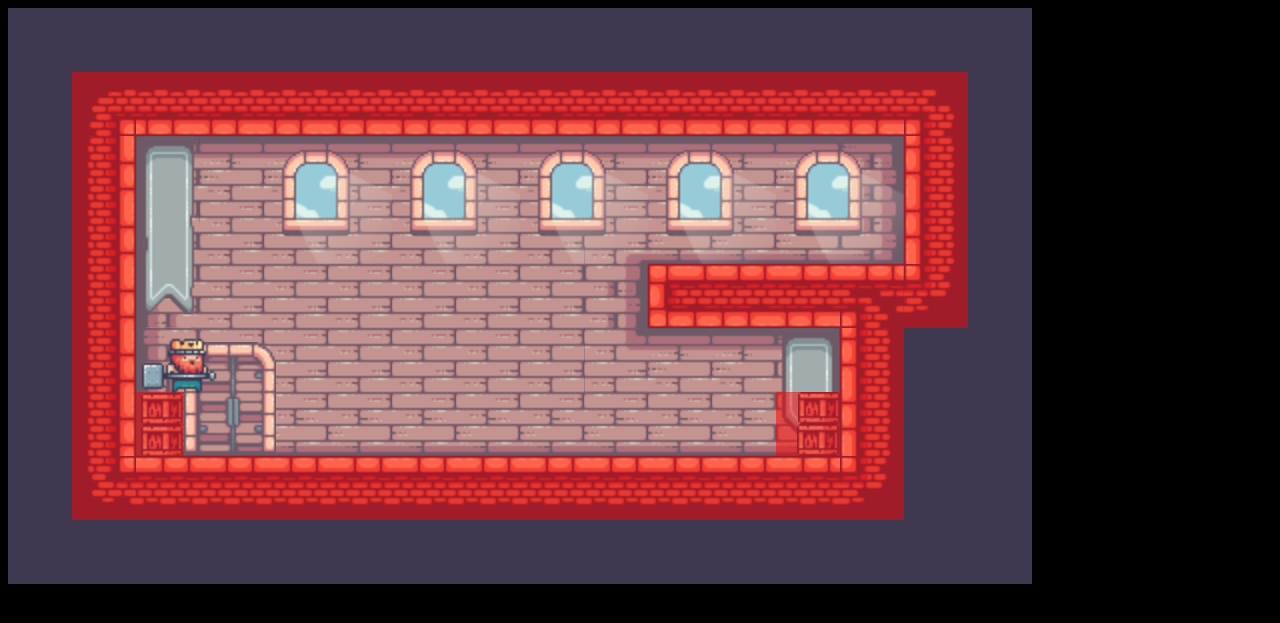
Repository: kassemKu/vanilla_kings_and_pigs
Page: index.html
These files come from the project's save history. The page is drawn as it stood at one moment and after the next save; the edit follows.
The browser window is 1280 px wide. The pictures show the whole page.

Above is the page before, as saved 2022-11-12 22:23:47.

### index.html
<!DOCTYPE html>
<html lang="en">

<head>
  <meta charset="UTF-8" />
  <meta http-equiv="X-UA-Compatible" content="IE=edge" />
  <meta name="viewport" content="width=device-width, initial-scale=1.0" />
  <title>Platform</title>
</head>
<style>
  body {
    background-color: black;
    overflow: hidden;
  }
</style>

<body>
  <canvas></canvas>

  <script src="https://cdnjs.cloudflare.com/ajax/libs/gsap/3.11.3/gsap.min.js"
    integrity="sha512-gmwBmiTVER57N3jYS3LinA9eb8aHrJua5iQD7yqYCKa5x6Jjc7VDVaEA0je0Lu0bP9j7tEjV3+1qUm6loO99Kw=="
    crossorigin="anonymous" referrerpolicy="no-referrer"></script>
  <script src="./js/utils.js"></script>
  <script src="./js/data/collisions.js"></script>
  <script src="./js/classes/CollisionBlock.js"></script>
  <script src="./js/classes/Sprite.js"></script>
  <script src="./js/classes/Player.js"></script>
  <script src="./js/eventListener.js"></script>
  <script src="./main.js"></script>
</body>

</html>

### js/utils.js
Array.prototype.parse2D = function () {
  const rows = [];
  for (let i = 0; i < this.length; i += 16) {
    rows.push(this.slice(i, i + 16));
  }

  return rows;
};

Array.prototype.createObjectFrom2D = function () {
  const objects = [];
  this.forEach((row, y) => {
    row.forEach((symbol, x) => {
      if (symbol === 292 || symbol === 250) {
        // push a new collision into collisionBlocks array
        objects.push(
          new CollisionBlock({
            position: {
              x: x * 64,
              y: y * 64,
            },
          })
        );
      }
    });
  });

  return objects;
};

### js/data/collisions.js
const collisionsLevel1 = [
  0, 0, 0, 0, 0, 0, 0, 0, 0, 0, 0, 0, 0, 0, 0, 0, 0, 0, 0, 0, 0, 0, 0, 0, 0, 0,
  0, 0, 0, 0, 0, 0, 0, 292, 292, 292, 292, 292, 292, 292, 292, 292, 292, 292,
  292, 292, 292, 0, 0, 292, 0, 0, 0, 0, 0, 0, 0, 0, 0, 0, 0, 0, 292, 0, 0, 292,
  0, 0, 0, 0, 0, 0, 0, 0, 0, 0, 0, 0, 292, 0, 0, 292, 292, 0, 0, 0, 0, 0, 0, 0,
  0, 0, 0, 0, 292, 0, 0, 292, 292, 292, 292, 292, 292, 292, 292, 292, 292, 292,
  292, 292, 292, 0, 0, 0, 0, 0, 0, 0, 0, 0, 0, 0, 0, 0, 0, 0, 0, 0, 0, 0, 0, 0,
  0, 0, 0, 0, 0, 0, 0, 0, 0, 0, 0, 0,
];

const collisionsLevel2 = [
  292, 292, 292, 292, 292, 292, 292, 0, 0, 0, 0, 0, 0, 0, 0, 0, 292, 0, 0, 0, 0,
  0, 292, 0, 0, 0, 0, 0, 0, 0, 0, 0, 292, 0, 0, 0, 0, 0, 292, 0, 0, 0, 0, 0, 0,
  0, 0, 0, 292, 292, 292, 292, 0, 0, 292, 0, 0, 0, 0, 0, 0, 0, 0, 0, 0, 0, 0,
  292, 0, 0, 292, 0, 0, 292, 292, 292, 292, 292, 292, 0, 0, 292, 292, 292, 0, 0,
  292, 292, 292, 292, 0, 0, 0, 0, 292, 0, 0, 292, 0, 0, 0, 0, 0, 0, 0, 0, 0, 0,
  0, 0, 292, 0, 0, 292, 0, 0, 0, 0, 0, 0, 0, 0, 292, 292, 292, 292, 292, 0, 0,
  292, 292, 292, 292, 292, 292, 292, 292, 292, 292, 292, 0, 0, 0, 0,
]

const collisionsLevel3 = [
  0, 0, 0, 0, 0, 0, 0, 0, 0, 0, 0, 0, 0, 0, 0, 0, 0, 250, 250, 250, 250, 250,
  250, 250, 250, 250, 250, 250, 250, 250, 250, 0, 0, 250, 0, 0, 0, 0, 0, 0, 0,
  0, 0, 0, 0, 0, 250, 0, 0, 250, 0, 0, 0, 0, 0, 0, 0, 0, 0, 0, 0, 0, 250, 0, 0,
  250, 0, 0, 0, 0, 0, 0, 0, 0, 250, 250, 250, 250, 250, 0, 0, 250, 0, 0, 0, 0,
  0, 0, 0, 0, 0, 0, 0, 250, 0, 0, 0, 250, 250, 0, 0, 0, 0, 0, 0, 0, 0, 0, 250,
  250, 0, 0, 0, 250, 250, 250, 250, 250, 250, 250, 250, 250, 250, 250, 250, 250,
  0, 0, 0, 0, 0, 0, 0, 0, 0, 0, 0, 0, 0, 0, 0, 0, 0, 0,
]

### js/classes/CollisionBlock.js
class CollisionBlock {
  constructor({ position }) {
    this.position = position;
    this.width = 64;
    this.height = 64;
  }

  draw() {
    c.fillStyle = "rgba(255, 0, 0, 0.5)";
    c.fillRect(this.position.x, this.position.y, this.width, this.height);
  }
}

### js/classes/Sprite.js
class Sprite {
  constructor({
    position,
    imageSrc,
    frameRate = 1,
    animations,
    frameBuffer = 2,
    loop = true,
    autoplay = true
  }) {
    this.position = position;
    this.image = new Image();
    this.image.onload = () => {
      this.loaded = true;
      this.width = this.image.width / this.frameRate;
      this.height = this.image.height;
    };
    this.image.src = imageSrc;
    this.loaded = false;
    this.frameRate = frameRate;
    this.currentFrame = 0;
    this.elapsedFrames = 0;
    this.frameBuffer = frameBuffer;
    this.animations = animations;
    this.loop = loop
    this.autoplay = autoplay
    this.currentAnimation

    if (this.animations) {
      for (let key in this.animations) {
        const image = new Image();
        image.src = this.animations[key].imageSrc;
        this.animations[key].image = image;
      }
    }
  }
  draw() {
    if (!this.loaded) return;
    const cropbox = {
      position: {
        x: this.width * this.currentFrame,
        y: 0,
      },
      width: this.width,
      height: this.height,
    };

    c.drawImage(
      this.image,
      cropbox.position.x,
      cropbox.position.y,
      cropbox.width,
      cropbox.height,
      this.position.x,
      this.position.y,
      this.width,
      this.height
    );

    this.updateFrames();
  }

  play() {
    this.autoplay = true
  }

  updateFrames() {
    if (!this.autoplay) return

    this.elapsedFrames++;

    if (this.elapsedFrames % this.frameBuffer === 0) {
      if (this.currentFrame < this.frameRate - 1) this.currentFrame++;
      else if(this.loop) this.currentFrame = 0;
    }

    if (this.currentAnimation?.onComplete) {
      if (this.currentFrame === this.frameRate - 1 && !this.currentAnimation.isActive) {
      this.currentAnimation.onComplete()
      this.currentAnimation.isActive = true
      }
    }
  }

}

### js/classes/Player.js
class Player extends Sprite {
  constructor({ collisionBlocks = [], imageSrc, frameRate, animations, loop }) {
    super({ imageSrc, frameRate, animations, loop });
    this.position = {
      x: 200,
      y: 200,
    };

    this.velocity = {
      x: 0,
      y: 0,
    };

    this.sides = {
      bottom: this.position.y + this.height,
    };
    this.gravity = 1;

    this.collisionBlocks = collisionBlocks;
  }

  update() {
    // this is blue box
    // c.fillStyle = "rgba(0, 0, 255, 0.5)";
    // c.fillRect(this.position.x, this.position.y, this.width, this.height);
    this.position.x += this.velocity.x;

    this.updateHitbox();

    this.checkForHorizontalCollisions();
    this.applyGravity();

    this.updateHitbox();

    // c.fillRect(
    //   this.hitbox.position.x,
    //   this.hitbox.position.y,
    //   this.hitbox.width,
    //   this.hitbox.height
    // );
    this.checkForVerticalCollisions();
  }

  handleInput(keys) {
    if (player.preventInput) return
  player.velocity.x = 0;
  if (keys.d.pressed) {
    this.switchSprite("runRight");
    this.velocity.x = 5;
    this.lastDirection = "right";
  } else if (keys.a.pressed) {
    this.switchSprite("runLeft");
    this.velocity.x = -5;
    this.lastDirection = "left";
  } else {
    if (this.lastDirection === "left") this.switchSprite("idleLeft");
    else this.switchSprite("idleRight");
  }
  }

  switchSprite(name) {
    if (this.image === this.animations[name].image) return;
    this.currentFrame = 0;
    this.image = this.animations[name].image;
    this.frameRate = this.animations[name].frameRate;
    this.frameBuffer = this.animations[name].frameBuffer;
    this.loop = this.animations[name].loop;
    this.currentAnimation = this.animations[name]
  }

  updateHitbox() {
    this.hitbox = {
      position: {
        x: this.position.x + 58,
        y: this.position.y + 34,
      },
      width: 50,
      height: 53,
    };
  }

  checkForHorizontalCollisions() {
    for (let i = 0; i < this.collisionBlocks.length; i++) {
      const collisionBlock = this.collisionBlocks[i];

      // if a collision exists
      if (
        this.hitbox.position.x <=
          collisionBlock.position.x + collisionBlock.width &&
        this.hitbox.position.x + this.hitbox.width >=
          collisionBlock.position.x &&
        this.hitbox.position.y + this.hitbox.height >=
          collisionBlock.position.y &&
        this.hitbox.position.y <=
          collisionBlock.position.y + collisionBlock.height
      ) {
        // collision on x axis going to the left
        if (this.velocity.x < -0) {
          const offset = this.hitbox.position.x - this.position.x;
          this.position.x =
            collisionBlock.position.x + collisionBlock.width - offset + 0.01;
          break;
        }
        if (this.velocity.x > 0) {
          const offset =
            this.hitbox.position.x - this.position.x + this.hitbox.width;
          this.position.x = collisionBlock.position.x - offset - 0.01;
          break;
        }
      }
    }
  }
  applyGravity() {
    this.velocity.y += this.gravity;
    this.position.y += this.velocity.y;
  }

  checkForVerticalCollisions() {
    // check for vertical collisions
    for (let i = 0; i < this.collisionBlocks.length; i++) {
      const collisionBlock = this.collisionBlocks[i];
      // if a collision exists
      if (
        this.hitbox.position.x <=
          collisionBlock.position.x + collisionBlock.width &&
        this.hitbox.position.x + this.hitbox.width >=
          collisionBlock.position.x &&
        this.hitbox.position.y + this.hitbox.height >=
          collisionBlock.position.y &&
        this.hitbox.position.y <=
          collisionBlock.position.y + collisionBlock.height
      ) {
        if (this.velocity.y < 0) {
          this.velocity.y = 0;
          const offset = this.hitbox.position.y - this.position.y;
          this.position.y =
            collisionBlock.position.y + collisionBlock.height - offset + 0.01;
          break;
        }

        if (this.velocity.y > 0) {
          this.velocity.y = 0;
          const offset =
            this.hitbox.position.y - this.position.y + this.hitbox.height;
          this.position.y = collisionBlock.position.y - offset - 0.01;
          break;
        }
      }
    }
  }
}

### js/eventListener.js
window.addEventListener("keydown", (event) => {
  if (player.preventInput) return
  switch (event.key) {
    case " ":

    for (let i = 0; i < doors.length; i++) {
      const door = doors[i]

      if (
        player.hitbox.position.x + player.hitbox.width <=
        door.position.x + door.width &&
      player.hitbox.position.x  >=
        door.position.x &&
      player.hitbox.position.y + player.hitbox.height >=
        door.position.y &&
      player.hitbox.position.y <=
        door.position.y + door.height
        ) {
          player.velocity.x = 0
          player.velocity.y = 0
          player.preventInput = true
          player.switchSprite('enterDoor')
          door.play()
          return
        }
    }
      if (player.velocity.y === 0) player.velocity.y = -25;

      break;
    case "ArrowLeft":
      // move player to left
      keys.a.pressed = true;
      break;
    case "ArrowRight":
      // move player to right
      keys.d.pressed = true;
      break;
  }
});

window.addEventListener("keyup", (event) => {
  switch (event.key) {
    case "ArrowUp":
      keys.w.pressed = false;

      break;
    case "ArrowLeft":
      // move player to left
      keys.a.pressed = false;
      break;
    case "ArrowRight":
      // move player to right
      keys.d.pressed = false;
      break;
  }
});

### main.js
const canvas = document.querySelector("canvas");
const c = canvas.getContext("2d");

canvas.width = 64 * 16; // 1024
canvas.height = 64 * 9; // 576

let parsedCollisions
let collisionBlocks
let background
let doors
const player = new Player({
  imageSrc: "./img/king/idle.png",
  frameRate: 11,
  animations: {
    idleRight: {
      frameRate: 11,
      frameBuffer: 2,
      loop: true,
      imageSrc: "./img/king/idle.png",
    },
    idleLeft: {
      frameRate: 11,
      frameBuffer: 2,
      loop: true,
      imageSrc: "./img/king/idleLeft.png",
    },
    runRight: {
      frameRate: 8,
      frameBuffer: 4,
      loop: true,
      imageSrc: "./img/king/runRight.png",
    },
    runLeft: {
      frameRate: 8,
      frameBuffer: 4,
      loop: true,
      imageSrc: "./img/king/runLeft.png",
    },
    enterDoor: {
      frameRate: 8,
      frameBuffer: 4,
      loop: false,
      imageSrc: "./img/king/enterDoor.png",
      onComplete: () => {
        console.log('completed animation');
        gsap.to(overlay, {
          opacity: 1,
          onComplete: () => {
            level++
            levels[level].init()
            gsap.to(overlay, {
              opacity: 0
            })
          }
        })
      }
    },
  },
});

let level = 3
let levels = {
  1: {
    init: () => {
      parsedCollisions = collisionsLevel1.parse2D();
      collisionBlocks = parsedCollisions.createObjectFrom2D();
      player.collisionBlocks = collisionBlocks

      background = new Sprite({
        position: {
          x: 0,
          y: 0,
        },
        imageSrc: "./img/backgroundLevel1.png",
      });

      doors = [
        new Sprite({
          position: {
            x: 767,
            y: 270,
          },
          imageSrc: "./img/doorOpen.png",
          frameRate: 5,
          frameBuffer: 5,
          loop: false,
          autoplay: false
        }),
      ];
    }
  },
  2: {
    init: () => {
      parsedCollisions = collisionsLevel2.parse2D();
      collisionBlocks = parsedCollisions.createObjectFrom2D();
      player.collisionBlocks = collisionBlocks
      player.position.x = 96
      player.position.y = 140

      background = new Sprite({
        position: {
          x: 0,
          y: 0,
        },
        imageSrc: "./img/backgroundLevel2.png",
      });

      doors = [
        new Sprite({
          position: {
            x: 772.00,
            y: 336,
          },
          imageSrc: "./img/doorOpen.png",
          frameRate: 5,
          frameBuffer: 5,
          loop: false,
          autoplay: false
        }),
      ];
    }
  },
  3: {
    init: () => {
      parsedCollisions = collisionsLevel3.parse2D();
      collisionBlocks = parsedCollisions.createObjectFrom2D();
      player.collisionBlocks = collisionBlocks
      player.position.x = 96
      player.position.y = 140

      background = new Sprite({
        position: {
          x: 0,
          y: 0,
        },
        imageSrc: "./img/backgroundLevel3.png",
      });

      doors = [
        new Sprite({
          position: {
            x: 176.00,
            y: 335,
          },
          imageSrc: "./img/doorOpen.png",
          frameRate: 5,
          frameBuffer: 5,
          loop: false,
          autoplay: false
        }),
      ];
    }
  }
}





const keys = {
  w: {
    pressed: false,
  },
  a: {
    pressed: false,
  },
  d: {
    pressed: false,
  },
};

const overlay = {
  opacity: 0
}

function animate() {
  window.requestAnimationFrame(animate);

  background.draw();
  collisionBlocks.forEach((collisionBlock) => {
    collisionBlock.draw();
  });

  doors.forEach((door) => {
    door.draw();
  });

  player.handleInput(keys)
  player.draw();
  player.update();

  c.save()
  c.globalAlpha = overlay.opacity
  c.fillStyle = 'black'
  c.fillRect(0,0,canvas.width, canvas.height)
  c.restore()
}

levels[level].init()
animate();

After the next save:
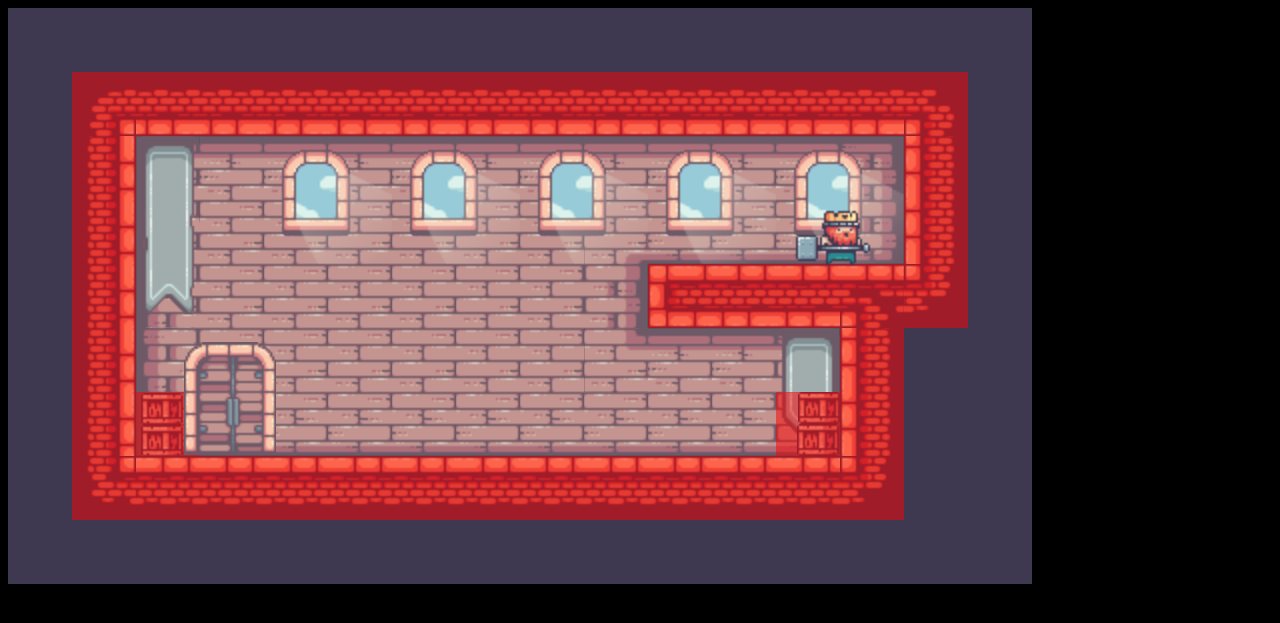
Saved 58 s later.
--- a/main.js
+++ b/main.js
@@ -125,8 +125,8 @@ let levels = {
       parsedCollisions = collisionsLevel3.parse2D();
       collisionBlocks = parsedCollisions.createObjectFrom2D();
       player.collisionBlocks = collisionBlocks
-      player.position.x = 96
-      player.position.y = 140
+      player.position.x = 750
+      player.position.y = 230
 
       background = new Sprite({
         position: {
